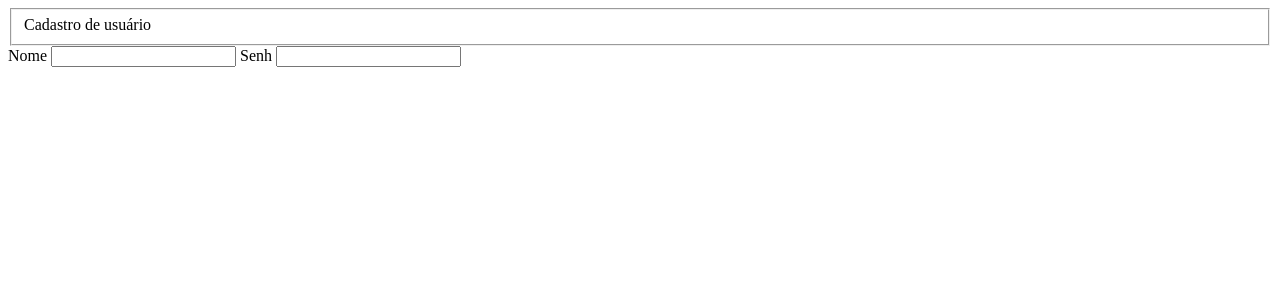
Repository: waanvieira/f21-jdbc-f21-jdbc-exer
Page: curso_java_web1/src/main/webapp/FormCadastroUser.html
The author's editor kept a copy of each file at every save. The page is drawn from the files as they stood at one save, then again after the next save.
The browser window is 1280 px wide. The pictures show the whole page.

Above is the page before, as saved 2019-02-18 20:23:21.

### curso_java_web1/src/main/webapp/FormCadastroUser.html
<!DOCTYPE html>
<html>
<head>
<meta charset="ISO-8859-1">
<title>Insert title here</title>
</head>
<body>
<form id=form1 action="FormCadastroUser_exe" >
<fieldset>Cadastro de usuário</fieldset>
<label>Nome</label>
<input type=type name=nome id=nome>
<label>Senh</label>
<input type=senha name=nome id=senha>


</form>
</body>
</html>

After the next save:
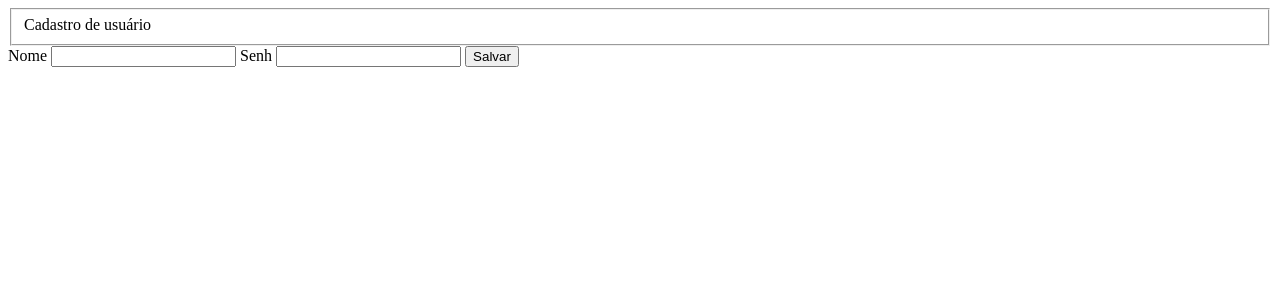
Saved 21 s later.
--- a/curso_java_web1/src/main/webapp/FormCadastroUser.html
+++ b/curso_java_web1/src/main/webapp/FormCadastroUser.html
@@ -11,6 +11,7 @@
 <input type=type name=nome id=nome>
 <label>Senh</label>
 <input type=senha name=nome id=senha>
+<input type="button" value="Salvar">
 
 
 </form>
